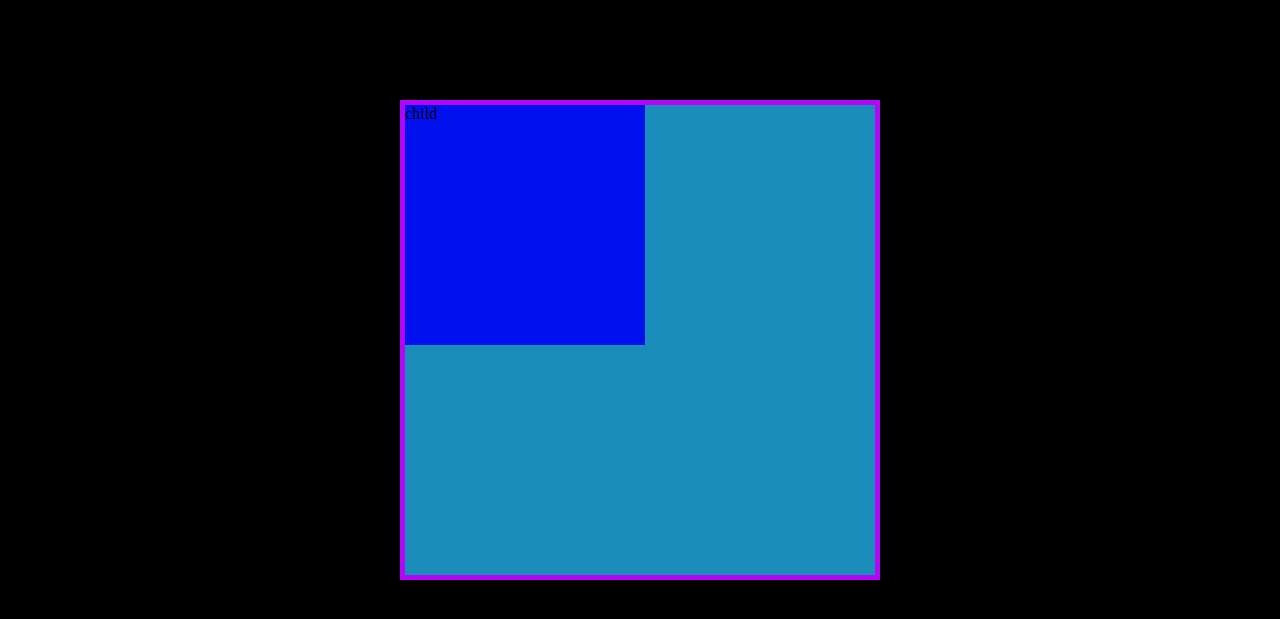
Repository: badhon252/revision
Page: Day-5/index.html
The author's editor kept a copy of each file at every save. The page is drawn from the files as they stood at one save, then again after the next save.
The browser window is 1280 px wide. The pictures show the whole page.
The pointer rests on the first visible `.child`.

Above is the page before, as saved 2022-02-11 22:46:23.

### Day-5/index.html
<!DOCTYPE html>
<html lang="en">

<head>
    <meta charset="UTF-8">
    <meta http-equiv="X-UA-Compatible" content="IE=edge">
    <meta name="viewport" content="width=device-width, initial-scale=1.0">
    <link rel="stylesheet" href="index.css">
    <title>animation</title>
</head>

<body>
    <div class="parent">
        <div class="child">child</div>
    </div>
</body>

</html>

### Day-5/index.css
* {
  margin: 0;
  padding: 0;
  box-sizing: border-box;
  background-color: #000;
}

.parent {
  width: 30rem;
  height: 30rem;
  background-color: rgb(25, 140, 185);
  margin: 100px auto;
  border: 5px solid rgb(180, 5, 250);
}

.child {
  width: 15rem;
  height: 15rem;
  background-color: rgb(255, 251, 0);
}

.child:hover {
  background-color: rgb(0, 16, 238);
}

After the next save:
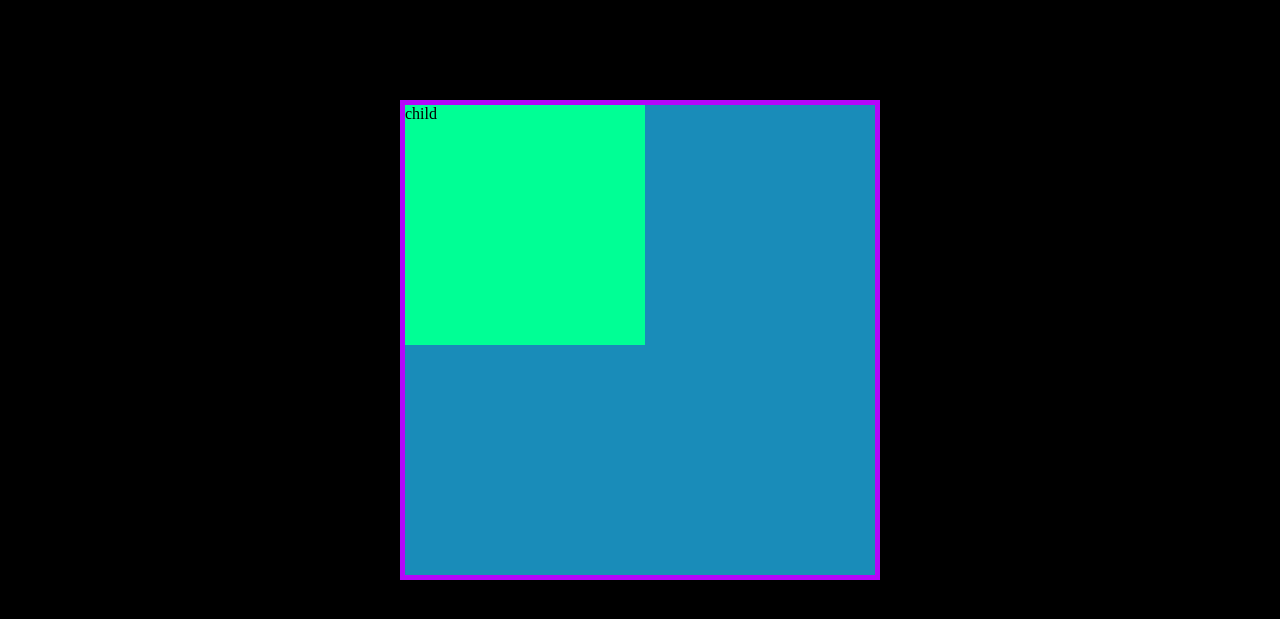
Saved 19 s later.
--- a/Day-5/index.css
+++ b/Day-5/index.css
@@ -20,5 +20,5 @@
 }
 
 .child:hover {
-  background-color: rgb(0, 16, 238);
+  background-color: rgb(0, 255, 149);
 }
